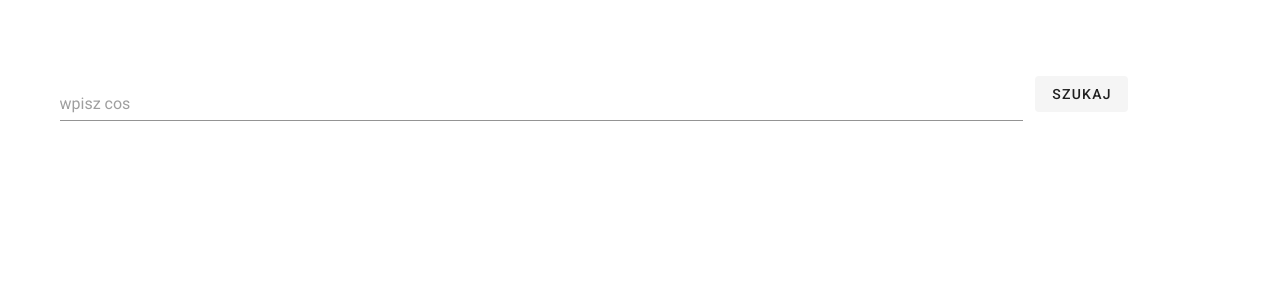
Repository: kq333/wyszukiwarka-filmow-seriali
Page: / (app in searchapp/)
The author's editor kept a copy of each file at every save. The page is drawn from the files as they stood at one save, then again after the next save.
The browser window is 1280 px wide. The pictures show the whole page.
The project was rebuilt for these pictures with package versions that can differ from the ones it lists, and the page was loaded fresh each time. Also part of the build but not shown: searchapp/vue.config.js, searchapp/src/views/Home.vue.

Above is the page before, as saved 2021-02-17 23:43:30.

### searchapp/src/App.vue
<template>
  <v-app>


    <v-main>
      <HelloWorld/>
    </v-main>
  </v-app>
</template>

<script>
import HelloWorld from './components/HelloWorld';

export default {
  name: 'App',

  components: {
    HelloWorld,
  },

  data: () => ({
    //
  }),
};
</script>

### searchapp/src/components/HelloWorld.vue
<template>
  <v-container>


<div id="demo">




<v-row color="red" >
   <v-col lg="10">


            <v-text-field  clearable placeholder="wpisz cos" type="text" v-model="input"></v-text-field>

    </v-col>

    <v-btn id="btn" depressed @click="klik" class="mt-4"><v-icon>mdi-find</v-icon>Szukaj</v-btn>

 </v-row>



  <v-row>
    <v-col >
      <div   v-for="arr in arrays" :key="arr.index" >
        <v-row>
          <v-col>
                <p class="mx-12" style="font-size:38px">{{arr.title}}</p>
          </v-col>

                </v-row>

                  <v-row >
                    <v-col lg="4" xs="2" >
                      <img  style="border-radius: 2%" class="ml-8" :src="arr.poster" />
                    </v-col>
                        <v-col lg="8" xs="2" cols="6" >
                          <p id="demo"> Aktorzy:  {{ arr.actors}}</p>
                          <p>  Reżyseria: {{arr.director}}</p>
                          <p>Kraj: {{arr.country}}</p>
                          <p>Rok produkcji: {{arr.released}}</p>
                          <p>Gatunek: {{arr.genre}}</p>
                          <p>Opis: {{arr.plote}}</p>
                          <p>Ranking IMDB: {{arr.imdb}}</p>
                        </v-col>
                  </v-row>

              <v-row >

              </v-row>





      </div>
    </v-col>
  </v-row>


 </div>





  </v-container>
</template>

<script>
  export default {
    name: 'HelloWorld',

    data(){

    return{

      input:'',

      arrays:[],
    }

  },
   methods: {


/* const button = document.getElementById("btn");
      button.disabled = true; */




      klik(){
       this.input








 const url = 'https://www.omdbapi.com/?apikey=7bd5b2c8&t=';

    const result  = url + this.input;
    fetch(result)

  .then((res)=>{
      return res.json();
  })

  .then((data)=>{

    console.log(data)



    this.arrays.push({poster: data.Poster, actors: data.Actors, director: data.Director, title:data.Title, country:data.Country, released: data.Released, genre: data.Genre, plot: data.Plot, imdb:data.imdbRating })


  }),

this.input=''

      }}}


</script>

<style scoped>

#demo{

  margin-top:60px;
}
</style>

Loaded but not shown: searchapp/public/index.html (common file); searchapp/src/main.js (common file); searchapp/src/router/index.js (common file); searchapp/src/plugins/vuetify.js (common file)

After the next save:
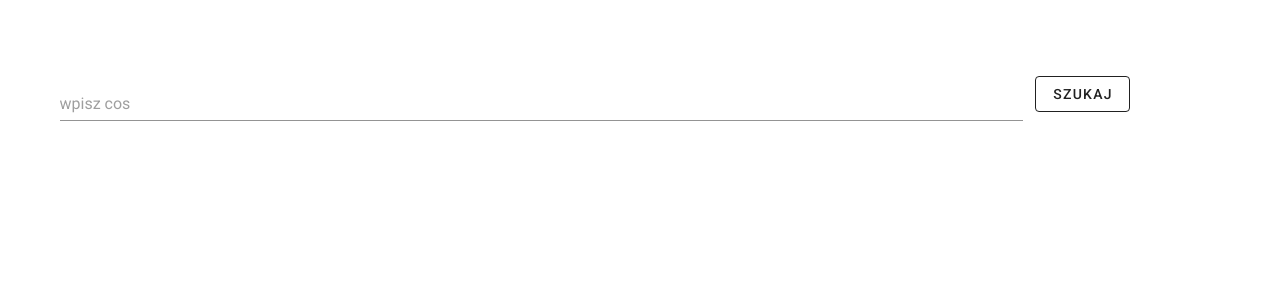
Saved 2 min 45 s later.
--- a/searchapp/src/components/HelloWorld.vue
+++ b/searchapp/src/components/HelloWorld.vue
@@ -15,7 +15,7 @@
 
     </v-col>
 
-    <v-btn id="btn" depressed @click="klik" class="mt-4"><v-icon>mdi-find</v-icon>Szukaj</v-btn>
+    <v-btn id="btn" outlined @click="klik" class="mt-4"><v-icon>mdi-find</v-icon>Szukaj</v-btn>
 
  </v-row>
 
